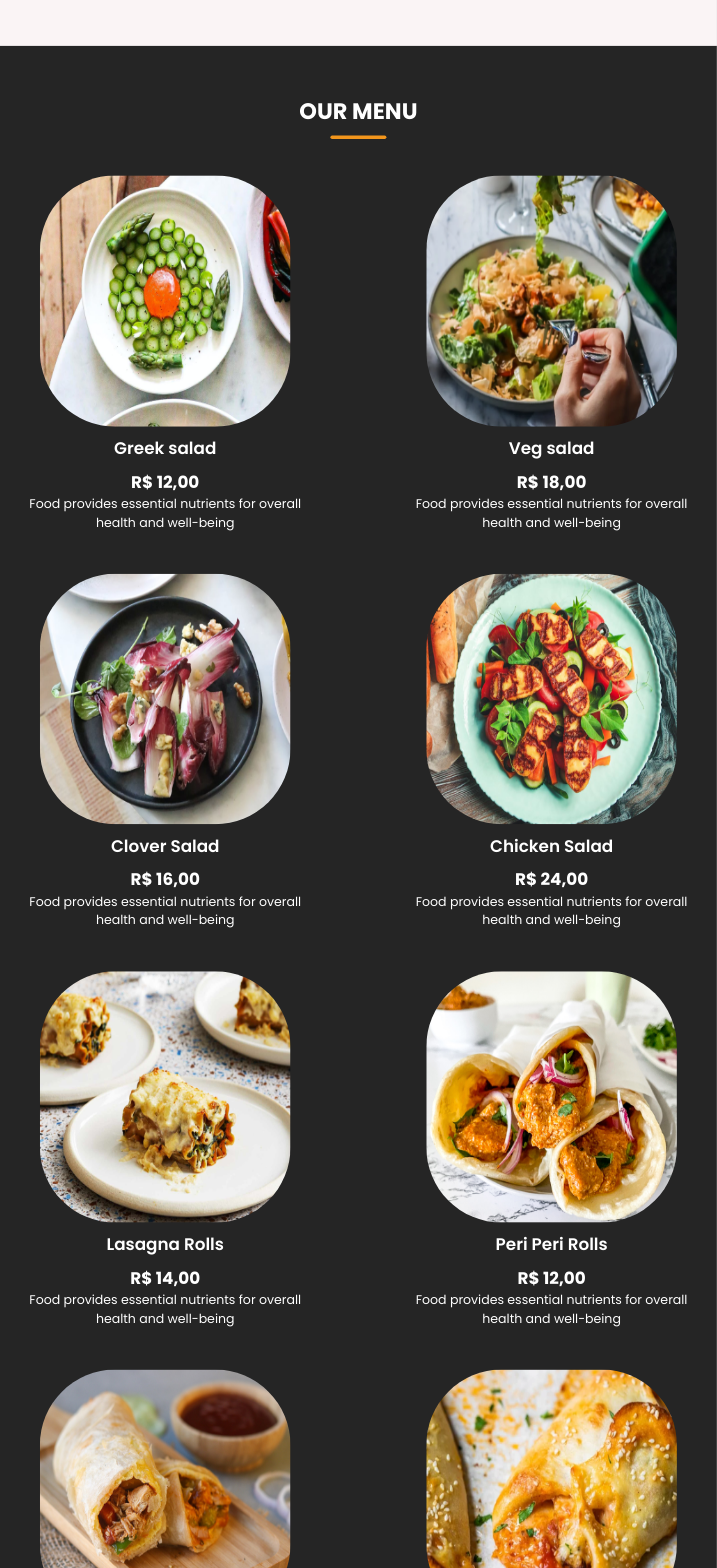
Repository: guilhermecardoso93/coffe-site-vite
Page: /
The author's editor kept a copy of each file at every save. The page is drawn from the files as they stood at one save, then again after a run of saves.
The browser window is 1024 px wide. The pictures show the part of the page from y = 1302 to 3542 px (the page is 10689 px tall before and 6737 px after), at 70% of full size.
Some web fonts or font styles are not loaded; a fallback is used. The project was rebuilt for these pictures with package versions that can differ from the ones it lists, and the page was loaded fresh each time. Also part of the build but not shown: vite.config.js.

Above is the page before, as saved 2024-11-21 19:08:01.

After the next 2 saves:
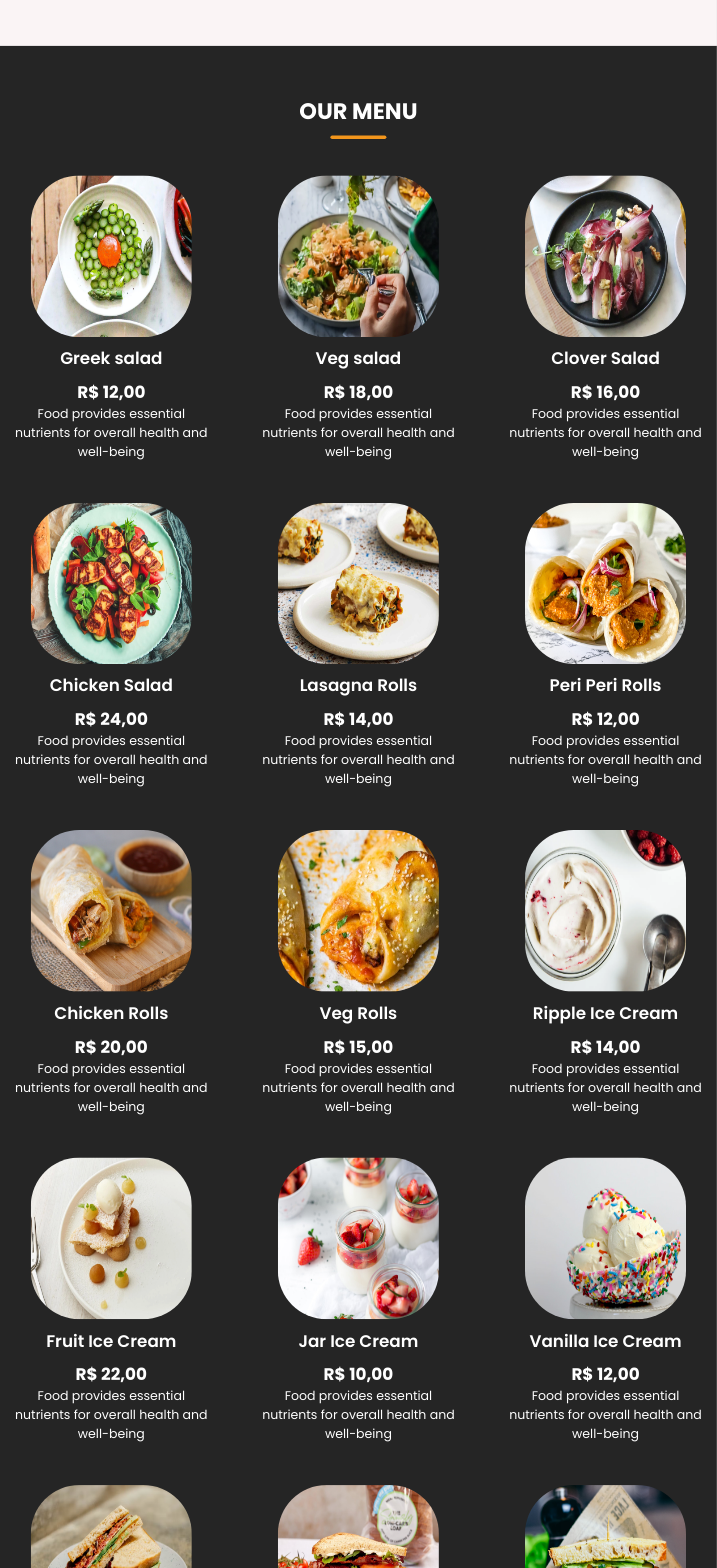
The 2 saves are shown as one change because they came seconds apart.
The last was saved 35 s later.
--- a/src/components/Menu/styles.css
+++ b/src/components/Menu/styles.css
@@ -49,7 +49,7 @@
   }
 
   .menu-section .menu-list .menu-item {
-    width: calc(100% / 2 - 60px);
+    width: calc(100% / 3 - 50px);
   }
 }
 
